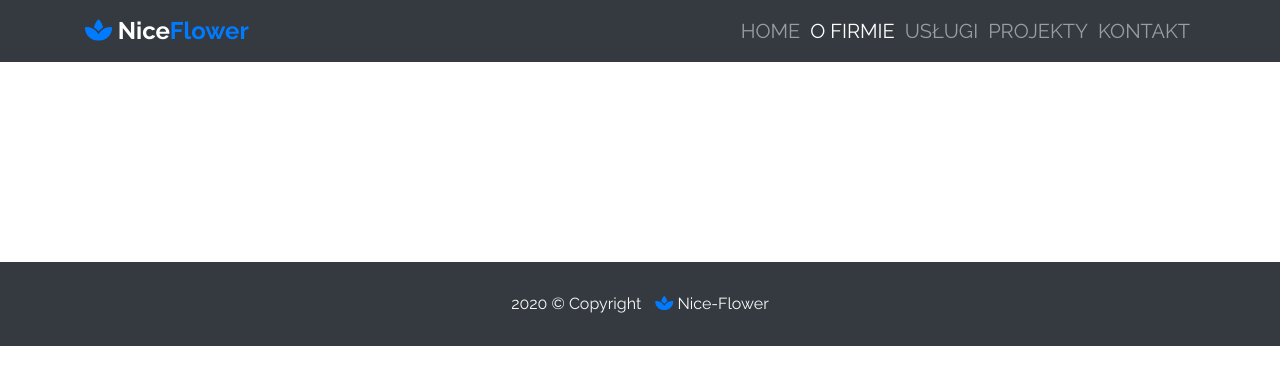
Repository: KrzysKolo/Projekt-13_Kwiaciarnia
Page: abouteus.html
An editor plug-in stored every save of this project. The page is shown before and after the next save, followed by the edit.
The browser window is 1280 px wide. The pictures show the whole page.
Some web libraries are served in a nearby version.

Above is the page before, as saved 2020-08-10 02:55:18.

After the next save:
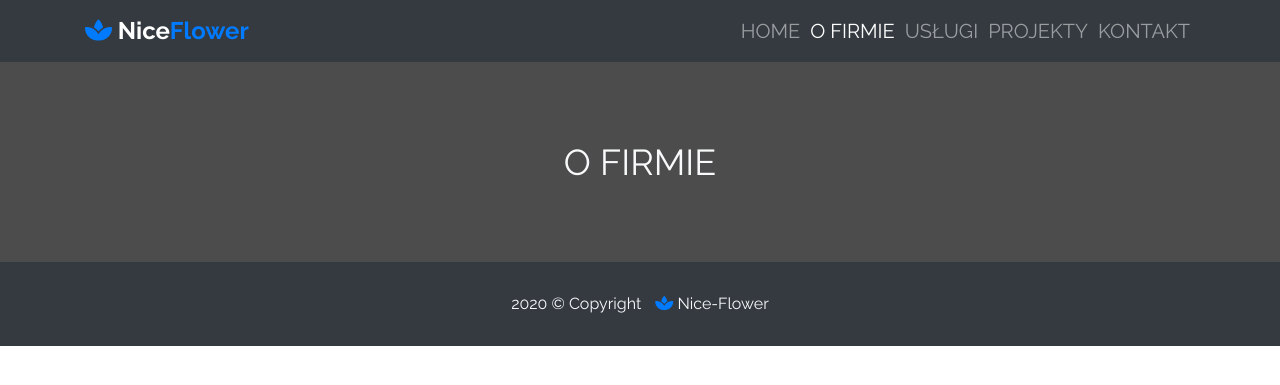
Saved 2 min 7 s later.
--- a/abouteus.html
+++ b/abouteus.html
@@ -57,7 +57,10 @@
 
     <!-- MAIN -->
     <main>
-      <section class="top-hero aboutus-hero"></section>
+      <section class="top-hero aboutus-hero">
+        <div class="hero-shadow"></div>
+        <p class="top-hero-text text-light">O firmie</p>
+      </section>
     </main>
     <footer class="bg-dark text-light">
       <p class="py-5 px-3 mb-0 text-center">
